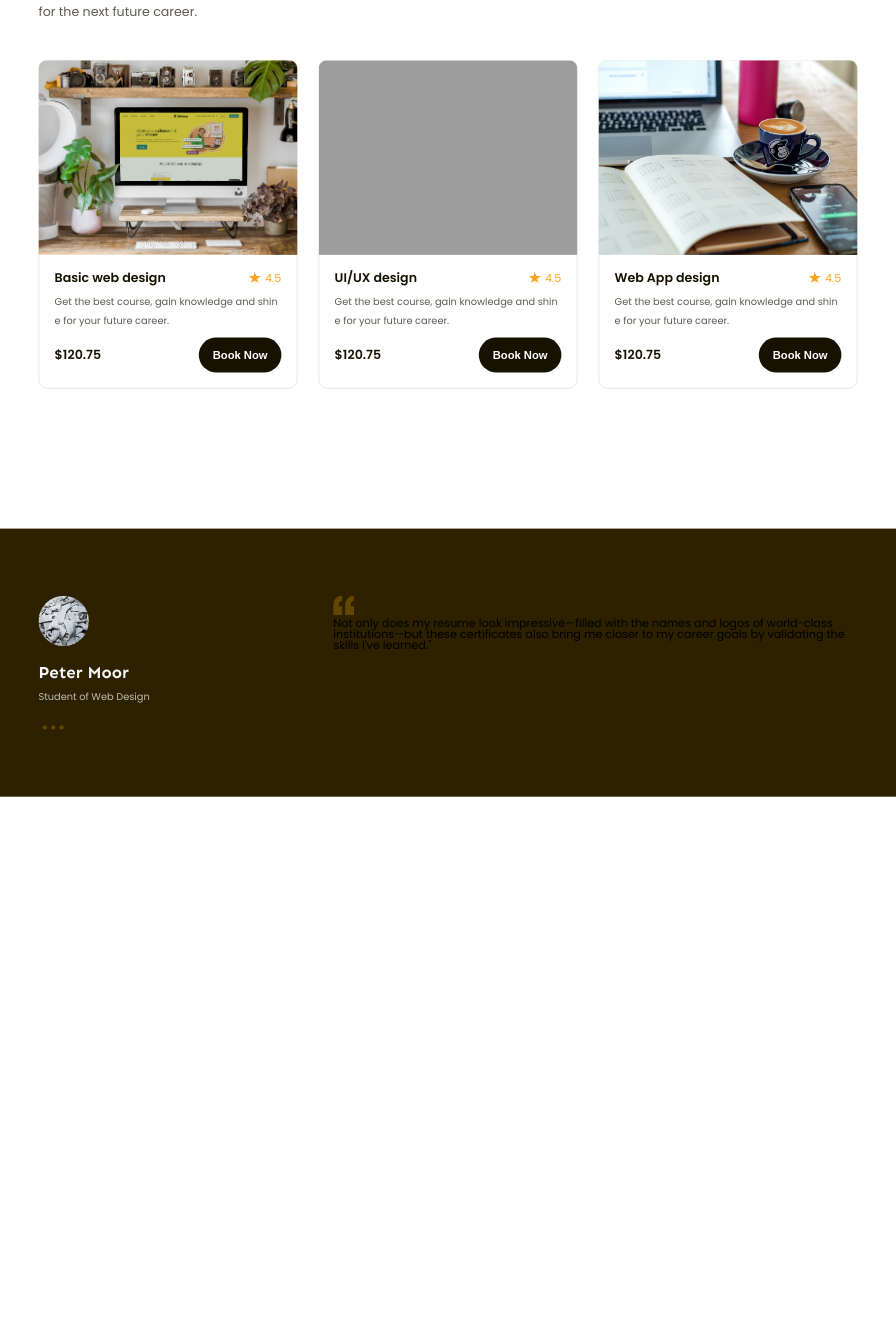
Repository: dovanlanh/f8-project-02
Page: index.html
An editor plug-in stored every save of this project. The page is shown before and after the next save, followed by the edit.
The browser window is 1280 px wide. The pictures show the part of the page from y = 1193 to 3113 px (the page is 10000 px tall), at 70% of full size.
Pictures or frames that could not be fetched are drawn as grey boxes.

Above is the page before, as saved 2023-02-05 23:50:08.

### index.html
<!DOCTYPE html>
<html lang="en">
<head>
    <meta charset="UTF-8">
    <meta http-equiv="X-UA-Compatible" content="IE=edge">
    <meta name="viewport" content="width=device-width, initial-scale=1.0">
    <title>F8 Project 02</title>
    <!-- reset css -->
    <link rel="stylesheet" href="./assets/css/reset.css">
    <!-- embed fonts -->
    <link rel="preconnect" href="https://fonts.googleapis.com">
    <link rel="preconnect" href="https://fonts.gstatic.com" crossorigin>
    <link href="https://fonts.googleapis.com/css2?family=Poppins:ital,wght@0,400;0,500;0,600;0,700;1,400&family=Sen:wght@700&display=swap" rel="stylesheet">
    <!-- style -->
    <link rel="stylesheet" href="./assets/css/styles.css">
</head>
<body>
    <main style=" height: 10000px">
        <!-- header  -->
        <header class="header fixed">
            <div class="main-content">
                    <div class="body">
                        <!-- logo -->
                        <img src="./assets/img/Lesson.svg" alt="Lesson" class="Logo">
                        <!-- nav -->
                        <nav class="nav">
                            <ul>
                                <li class="active">
                                    <a href="#!">Home</a>
                                </li>
                                <li>
                                    <a href="#!">Courses</a>
                                </li>
                                <li>
                                    <a href="#!">Pricing</a>
                                </li>
                                <li>
                                    <a href="#!">Reviews</a>
                                </li>
                            </ul>
                        </nav>
                        <!-- active -->
                        <div class="action">
                            <a href="#!" class="btn sign-up-btn">Sign Up</a>
                        </div>
                    </div>
            </div>
        </header>
        <!-- Hero -->
        <div class="hero">
            <div class="main-content">
                <div class="body">
                    <!-- Hero left -->
                    <div class="media-block">
                        <img src="./assets/img/guy-lesson.svg" alt="" class="img">
                        <div class="hero-summary">
                            <div class="item">
                                <div class="icon">
                                    <img src="./assets/img/list-icon1.svg" alt="">
                                </div>
                                <div class="info">
                                    <p class="label">20 Courses</p>
                                    <p class="tittle">UI/UX Design</p>
                                </div>
                            </div>
                            <div class="item">
                                <div class="icon">
                                    <img src="./assets/img/list-icon2.svg" alt="">
                                </div>
                                <div class="info">
                                    <p class="label">20 Courses</p>
                                    <p class="tittle">Development</p>
                                </div>
                            </div>
                            <div class="item">
                                <div class="icon">
                                    <img src="./assets/img/list-icon3.svg" alt="">
                                </div>
                                <div class="info">
                                    <p class="label">30 Courses</p>
                                    <p class="tittle">Marketing</p>
                                </div>
                            </div>
                        </div>
                    </div>
                    <!-- hero-right -->
                    <div class="content-block">
                        <h1 class="heading lv1">Learn without limits and spread knowledge.</h1>
                        <p class="desc">
                            Build new skills for that “this is my year” feeling with courses, certificates, and degrees from world-class universities and companies.
                        </p>
                            <div class="cta-group">
                                <a href="#!" class="btn hero-cta">See Courses</a>
                                <button class="watch-video">
                                    <div class="icon">
                                        <img src="./assets/img/icon-watch-video.svg" alt="">
                                    </div>
                                    <span>Watch Video</span>
                                </button>
                            </div>
                        <p class="desc">Recent engagement</p>
                        <div class="desc stats">
                            <strong>50K</strong>Students
                            <strong>70+</strong>Courses
                        </div>
                    </div>
                </div>
            </div>
        </div>
        <!-- Popular -->
        <div class="popular">
            <div class="main-content">
                <!-- popular top -->
                <div class="popular-top">
                    <div class="info">
                        <h2 class="heading lv2">Our popular courses</h2>
                        <p class="desc">Build new skills with new trendy courses and shine for the next future career.</p>
                    </div>
                    <div class="controls">
                        <button class="control-btn">
                            <svg width="8" height="14" viewBox="0 0 8 14" fill="none" xmlns="http://www.w3.org/2000/svg">
                                <path d="M7 1L1 7L7 13" stroke="currentColor" stroke-linecap="round" stroke-linejoin="round"/>
                            </svg>
                        </button>
                        <button class="control-btn">
                            <svg width="8" height="14" viewBox="0 0 8 14" fill="none" xmlns="http://www.w3.org/2000/svg">
                                <path d="M1 1L7 7L1 13" stroke="currentColor" stroke-linecap="round" stroke-linejoin="round"/>
                            </svg>
                        </button>
                    </div>
                </div>
                <!-- popular-bottom -->
                <div class="course-list">
                    <!-- course item 1 -->
                    <div class="course-item">
                        <img src="./assets/img/img-popular/course1.jpg" alt="Basic web design" class="thumb">
                        <div class="info">
                            <div class="head">
                                <h3 class="tittle line-clamp break-all">Basic web design</h3>
                                <div class="rating">
                                    <img src="./assets/img/Star.svg" alt="star" class="star">
                                    <span class="value">4.5</span>
                                </div>
                            </div>
                            <p class="desc-course line-clamp line-2 break-all">Get the best course, gain knowledge and shine for your future career.</p>
                            <div class="foot">
                                <span class="price">$120.75</span>
                                <button class="btn">Book Now</button>
                            </div>
                        </div>
                    </div>
                    <!-- course item 2 -->
                    <div class="course-item">
                        <img src="./assets/img/img-popular/course2.jpg" alt="UI/UX design" class="thumb">
                        <div class="info">
                            <div class="head">
                                <h3 class="tittle line-clamp break-all">UI/UX design</h3>
                                <div class="rating">
                                    <img src="./assets/img/Star.svg" alt="star" class="star">
                                    <span class="value">4.5</span>
                                </div>
                            </div>
                            <p class="desc-course line-clamp line-2 break-all">Get the best course, gain knowledge and shine for your future career.</p>
                            <div class="foot">
                                <span class="price">$120.75</span>
                                <button class="btn">Book Now</button>
                            </div>
                        </div>
                    </div>
                    <!-- course item 3 -->
                    <div class="course-item">
                        <img src="./assets/img/img-popular/course3.jpg" alt="Web App design" class="thumb">
                        <div class="info">
                            <div class="head">
                                <h3 class="tittle line-clamp break-all">Web App design</h3>
                                <div class="rating">
                                    <img src="./assets/img/Star.svg" alt="star" class="star">
                                    <span class="value">4.5</span>
                                </div>
                            </div>
                            <p class="desc-course line-clamp line-2 break-all">Get the best course, gain knowledge and shine for your future career.</p>
                            <div class="foot">
                                <span class="price">$120.75</span>
                                <button class="btn">Book Now</button>
                            </div>
                        </div>
                    </div>
                </div>
            </div>
        </div>
        <!-- feedback -->
        <div class="feedback">
            <div class="main-content">
                <div class="feedback-list">
                    <div class="feedback-item">
                        <!-- fdb-left -->
                        <div class="info">
                            <img src="./assets/img/img-quotes.jpg" alt="Peter Moor" class="feedback-avt">
                            <p class="tittle-fdb">Peter Moor</p>
                            <p class="desc-fdb">Student of Web Design</p>
                            <div class="dots">
                                <span class="dot"></span>
                                <span class="dot"></span>
                                <span class="dot"></span>
                            </div>
                        </div>
                        <!-- fdb-right -->
                        <div class="content-fdb">
                            <img src="./assets/img/open-quotes.svg" alt="open quotes" class="open-quotes">
                            <blockquote>
                                Not only does my resume look impressive—filled with the names and logos of world-class institutions—but these certificates also bring me closer to my career goals by validating the skills I've learned."
                            </blockquote>
                        </div>
                    </div>
                </div>
            </div>
        </div>
    </main>
</body>
</html>

### assets/css/styles.css
* {
    box-sizing: border-box;
}
:root {
    --font-heading: sen, sans-serif;
    --primary-color:#FFB900;
}
html,
body {
    scroll-behavior: smooth;
    font-size: 62.5%;
}

html {
    font-size: 62.5%;
}

body {
    font-size: 1.6rem;
    font-family: 'Poppins', sans-serif;
}

/* common */
.break-all {
    word-break: break-all;
}
.line-clamp {
    display: -webkit-box;
    -webkit-line-clamp: var(--line-clamp, 1);
    -webkit-box-orient: vertical;
    overflow: hidden;
}
.line-clamp.line-2 {
    --line-clamp: 2;
}
.heading {
    font-family: var(--font-heading);
    font-weight: 700;
    letter-spacing: -0.02em;
    color: #171100;
}
a {
    text-decoration: none;
}
.main-content {
    width: 1170px;
    max-width: calc(100% - 48px);
    margin-left: auto;
    margin-right: auto;
}
.btn {
    min-width: 118px;
    display: inline-block;
    padding: 0 16px;
    align-items: center;
    line-height: 50px;
    font-weight: 600;
    font-size: 1.6rem;
    text-align: center;
    color: #FFFFFF;
    background: #171100;
    border-radius: 999px;
}
.btn:hover {
    opacity: 0.9;
}
/* header */
.header {
    background:#FFFCF4;
}
.header.fixed {
    position: sticky;
    top: -32px;
    z-index: 1;
}
.header .body {
    display: flex;
    align-items: center;
    padding: 36px 0 8px;
}
.nav ul {
    display: flex;
}

.nav {
    margin-left: auto;
}
.nav a {
    position: relative;
    padding: 8px 21px;
    font-weight: 400;
    font-size: 1.6rem;
    color: #5F5B53;
}
.nav a:hover,
.nav li.active a {
    text-shadow: 1px 0 0 currentColor;
    color: #171100;
}
.nav li.active a::after {
    left: 21px;
    bottom: 6px;
    display: block;
    content: "";
    position: absolute;
    width: 12px;
    height: 2px;
    background: #171100;
    border-radius: 1px;
}
.header .sign-up-btn {
    min-width: 144px;
}
.header .action {
    margin-left: 49px;
}

/* hero */
.hero {
    padding: 56px 0 65px;
    background:#FFFCF4;
}
.hero .body {
    display: flex;
}
/* hero left */
.hero .media-block {
    width: 48%;
    position: relative;
}

.hero .media-block .img {
    width: 470px;
    height: 685px;
    object-fit: cover;
    border-radius: 20px;
    display: block;
}
.hero .media-block .hero-summary {
    position: absolute;
    right: 0;
    bottom: 48px;
}
.hero .hero-summary {
    width: 270px;
    padding: 24px;
    background: #FFFFFF;
    box-shadow: 0px 16px 32px rgba(0, 0, 0, 0.05);
    border-radius: 12px;
}
.hero-summary .item {
    display: flex;
    align-items: center;
}
.hero-summary .icon {
    width: 48px;
    height: 48px;
    border-radius: 50%;
    display: flex;
    align-items: center;
    justify-content: center;
    background: #FFF9E8;
}
.hero-summary .info {
    margin-left: 16px;
}
.hero-summary .label {
    font-weight: 400;
    font-size: 1.4rem;
    line-height: 1.86;
    color: #5F5B53;
}
.hero-summary .tittle {
    font-weight: 600;
    font-size: 1.8rem;
    line-height: 1.67;
    color: #171100;
}
.hero-summary .item + .item {
    margin-top: 22px;
}
.hero-summary .item:nth-of-type(2) .icon {
    background: #FCEFFF;
}
.hero-summary .item:nth-of-type(3) .icon {
    background: #EBEAFF;
}
/* hero right */
.hero .content-block {
    width: 52%;
    padding: 64px 0 0 130px;
}
.hero .content-block .heading.lv1 {
    font-size: 5.8rem;
    line-height: 1.17;
}
.content-block .desc {
    margin-top: 22px;
    font-weight: 400;
    font-size: 1.8rem;
    line-height: 1.67;
    color: #5F5B53;
}
.content-block .cta-group {
    margin: 38px 0 48px;
}
.content-block .cta-group .hero-cta{
    min-width: 180px;
    background-color: var(--primary-color);
    line-height: 64px;
}
.content-block .cta-group {
    display: flex;
    align-items: center;
}
.hero .watch-video {
    margin-left: 28px;
    display: flex;
    align-items: center;
    border: none;
    background: transparent;
    cursor: pointer;

}
.cta-group span {
    font-family: 'poppins', sans-serif;
    margin-left: 14px;
    font-weight: 600;
    font-size: 1.8rem;
    line-height: 1.67;
    color: #171100;
}
.hero .watch-video .icon {
    display: flex;
    align-items: center;
    justify-content: center;
    width: 40px;
    height: 40px;
    background: #FFFFFF;
    box-shadow: 0px 8px 16px rgba(0, 0, 0, 0.07);
    border-radius: 50%;
    cursor: pointer;
}
.hero .watch-video .icon:hover {
    background: orange;
    opacity: 0.5;
}
.hero .stats {
    margin: 8px 0 0 -28px;

}
.hero .stats strong {
    --font-heading: sen, sans-serif;
    padding: 0 8px 0 28px;
    font-weight: 700;
    font-size: 4.4rem;
    line-height: 1.23;
    color: #171100;
}
/* popular */
.popular {
    padding: 65px 0;
    margin-top: 135px;
}
.popular .heading.lv2 {
    font-size: 3.8rem;
    line-height: 1.26;
}
.popular .desc {
    margin-top: 16px;
    width: 458px;
    font-weight: 400;
    font-size: 1.8rem;
    line-height: 1.67;
    color: #5F5B53;
}
.popular .popular-top {
    display: flex;
    justify-content: space-between;
    align-items: center;
}
.popular-top .controls {
    display: flex;
    gap: 18px;
}
.popular-top .control-btn {
    display: flex;
    align-items: center;
    justify-content: center;
    width: 40px;
    height: 40px;
    color: var(--primary-color);
    border: 1px solid var(--primary-color);
    border-radius: 50%;
    background: transparent;
}
.popular-top .control-btn:hover {
    color: #fff;
    background: var(--primary-color);
    cursor: pointer;
}
/* Course list */
.popular .course-list {
    display: flex;
    gap: 30px;
    margin-top: 55px;
}
.popular .course-item {
    flex: 1;
    width: 370px;
    background: #FFFFFF;
    border: 1px solid #E2DFDA;
    border-radius: 12px;
}
.popular .course-item .thumb {
    width: calc(100% + 2px);
    height: 278px;
    margin: -1px;
    object-fit: cover;
    border-radius: 12px 12px 0px 0px;
}
.popular .course-item .info {
    padding: 16px 22px 22px;
}
.popular .course-item .foot,
.popular .course-item .rating,
.popular .course-item .head {
    display: flex;
    align-items: center;
    justify-content: space-between;
}
.popular .course-item .tittle {
    padding-right: 6px;
    font-weight: 600;
    font-size: 1.8rem;
    line-height: 1.67;
    color: #171100;
}
.popular .course-item .rating .value {
    margin-left: 6px;
    font-weight: 400;
    font-size: 1.6rem;
    line-height: 1.75;
    color: #FEA31B;
}
.popular .course-item .desc-course {
    margin-top: 6px;
    font-weight: 400;
    font-size: 1.4rem;
    line-height: 1.86;
    color: #5F5B53;
}
.popular .foot {
    margin-top: 12px;
}
.popular .foot .price{
    font-weight: 600;
    font-size: 1.8rem;
    line-height: 1.67;
    color: #171100;
}
.popular .foot .btn {
    height: 50px;
    border: none;
}
.popular .foot .btn:hover {
    background: #FFB900;
    transition: 0.2s;
}
/* feedback */
.feedback {
    margin-top: 135px;
    background: #2E2100;
    padding: 96px 0;
}
.feedback .feedback-item {
    display: flex;
}
.feedback-item .feedback-avt {
    width: 72px;
    height: 72px;
    object-fit: cover;
    border-radius: 50%;
}
.feedback-item .tittle-fdb {
    font-family: var(--font-heading);
    margin-top: 18px;
    font-weight: 700;
    font-size: 2.4rem;
    line-height: 1.42;
    color: #F7F7F7;
}
.feedback-item .desc-fdb {
    margin-top: 4px;
    font-weight: 400;
    font-size: 1.4rem;
    line-height: 1.86;
    color: #BFBCB3;
}
.feedback-item .dots {
    display: flex;
    margin-top: 28px;
}
.feedback-item .dot {
    width: 6px;
    height: 6px;
    margin-left: 6px;
    border-radius: 50%;
    background: #634700;
}
.feedback-item .dot:hover {
    background: #FFB900;
    transition: 0.2s;
}
.feedback-item .content-fdb {
    width: 64%;
    margin-left: auto;
}
.content-fdb .desc-quote {
    font-style: italic;
    font-weight: 400;
    font-size: 2.6rem;
    line-height: 1.54;
    color: #FFFFFF;
}

Loaded but not shown: assets/css/reset.css (common file)

After the next save:
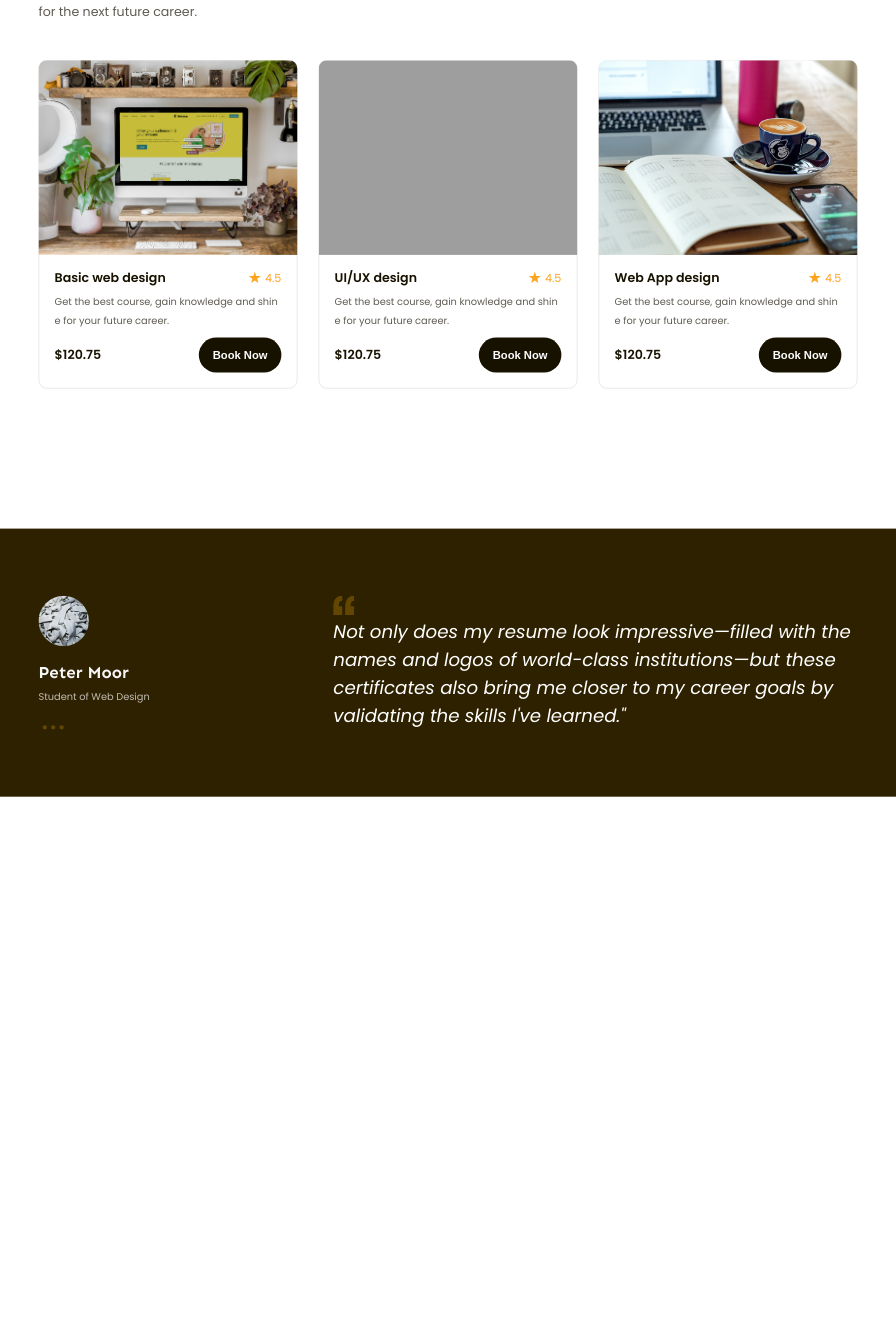
Saved 71 s later.
--- a/assets/css/styles.css
+++ b/assets/css/styles.css
@@ -416,7 +416,7 @@ a {
     width: 64%;
     margin-left: auto;
 }
-.content-fdb .desc-quote {
+.content-fdb blockquote {
     font-style: italic;
     font-weight: 400;
     font-size: 2.6rem;
